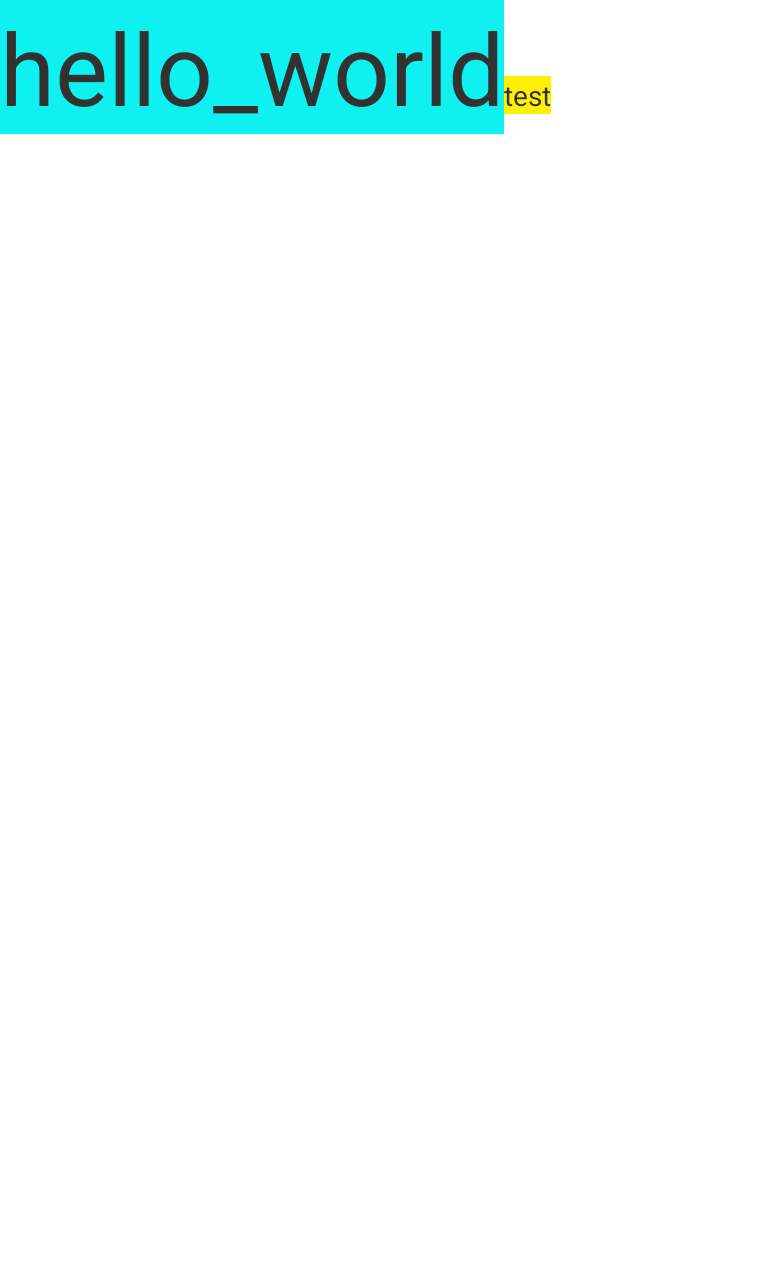
Repository: founderzhl/MarsAndroid
Layout: S01_E14_RelativeLayout/res/layout/activity_main.xml
An editor plug-in stored every save of this project. The layout is shown before and after the next save, followed by the edit.
It is drawn on a 768 x 1280 px phone screen (xhdpi) without system bars, with theme AppTheme; the app's code is not run.

Above is the layout before, as saved 2015-01-22 15:45:03.

After the next save:
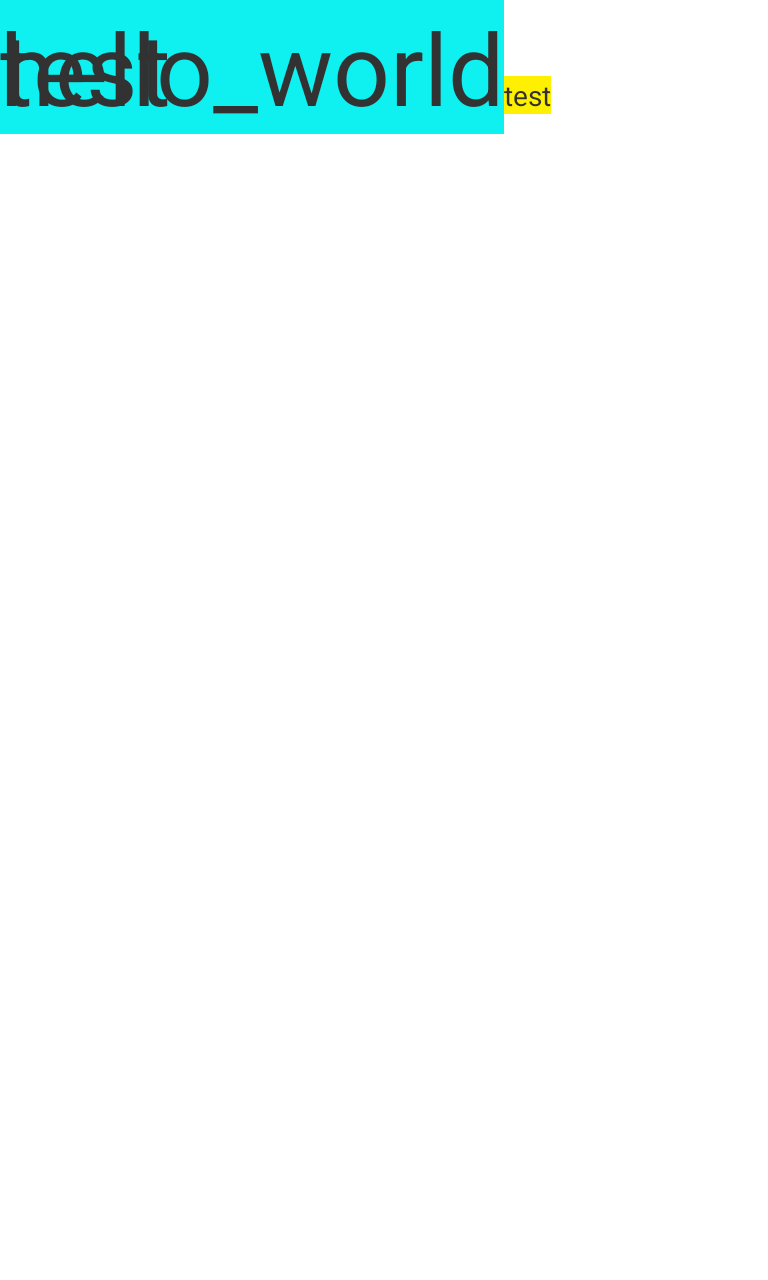
Saved 80 s later.
--- a/S01_E14_RelativeLayout/res/layout/activity_main.xml
+++ b/S01_E14_RelativeLayout/res/layout/activity_main.xml
@@ -21,5 +21,13 @@
         android:layout_alignBaseline="@id/firstView"
         android:layout_alignRight="true"
         android:text="test" />
-Z
+
+     <TextView
+        android:layout_width="wrap_content"
+        android:layout_height="wrap_content"
+        android:textSize="50sp"
+        android:layout_alignRight="true"
+        android:text="test" />
+
+
 </RelativeLayout>
